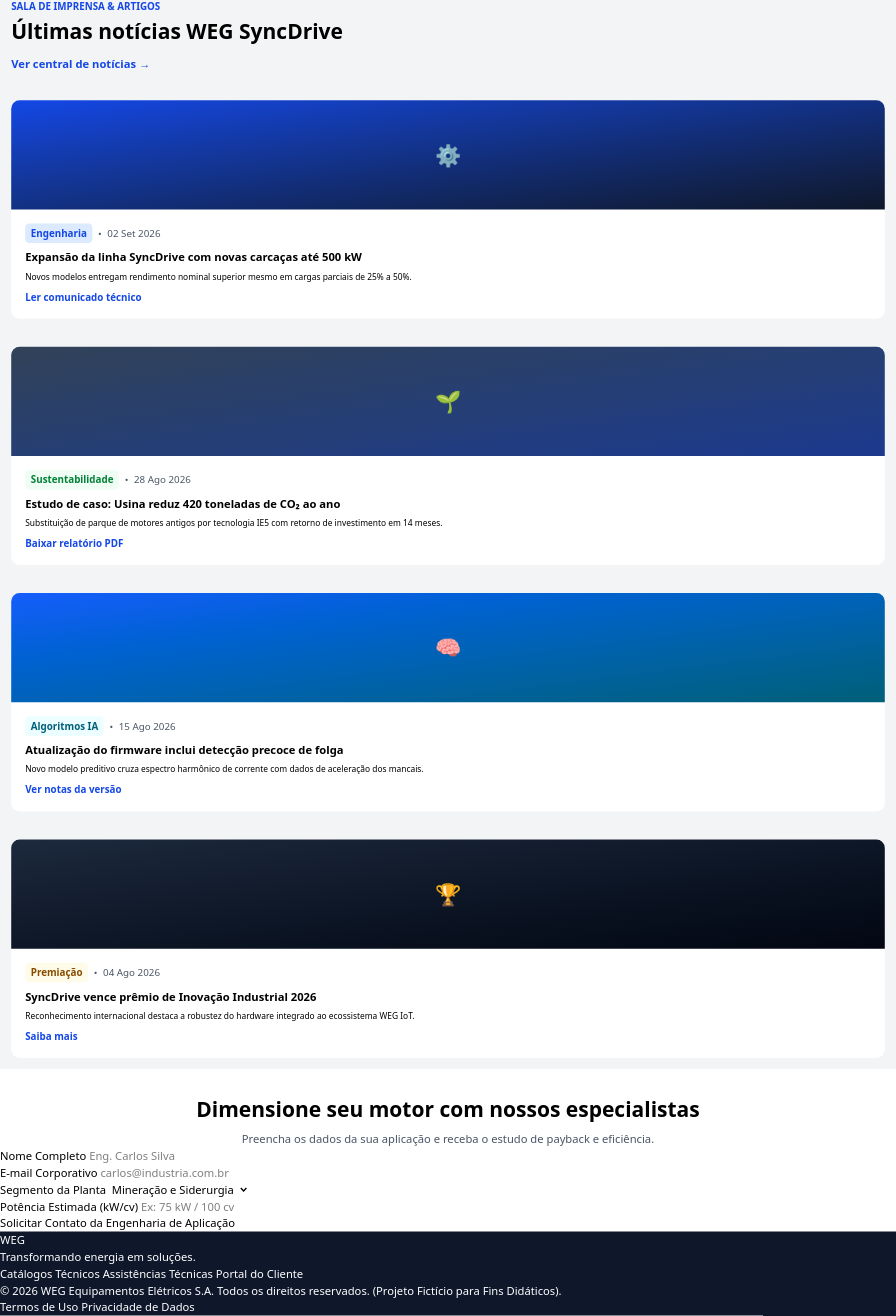
Repository: camilewng/Exercicio-Tailwind
Page: index.html
These files come from the project's save history. The page is drawn as it stood at one moment and after a run of saves; the edit follows.
The browser window is 1280 px wide. The pictures show the part of the page from y = 2945 to 4865 px (the page is 4825 px tall before and 4865 px after), at 70% of full size.

Above is the page before, as saved 2026-09-14 16:26:40.

### index.html
<!DOCTYPE html>
<html lang="pt-BR">
<head>
  <meta charset="UTF-8">
  <meta name="viewport" content="width=device-width, initial-scale=1.0">
  <title>WEG SyncDrive IoT - Exercício Tailwind CSS</title>
  <script src="https://cdn.jsdelivr.net/npm/@tailwindcss/browser@4"></script>
</head>
<body>

  <!-- ==========================================
       1. HEADER / NAVBAR
       Desafio:
       - Fixar no topo (sticky top-0) com fundo translúcido/blur.
       - Logo WEG em destaque com fundo azul industrial.
       - Menu oculto em telas pequenas e visível em lg:.
  =========================================== -->
  <header>
    <div class="flex flex-row justify-between border-b border-gray-300 mb-15">
      <div class="flex">
        <div class="bg-blue-600 text-white text-2xl font-black w-20 h-10 text-center pt-0.75 rounded-sm m-3">
          WEG
        </div>
        <div class="flex flex-col border-l-2 border-gray-300 h-10 pl-2 mt-3">
          <span class="font-bold">SyncDrive</span>
          <span class="text-blue-600 uppercase font-medium text-xs">Industrial IoT</span>
        </div>
      </div>

      <nav class="hidden">
        <a href="#solucao">A Solução</a>
        <a href="#recursos">Tecnologia</a>
        <a href="#metricas">Performance</a>
        <a href="#aplicacoes">Aplicações</a>
        <a href="#novidades">Notícias</a>
      </nav>

      <div class="flex">
        <a href="#contato" class="hidden">Falar com Consultor</a>
        <a href="#contato" class="bg-blue-600 text-white px-4 py-2 mr-3 mt-3 mb-3 rounded-sm font-medium">
          Especificar Motor
        </a>
      </div>
    </div>
  </header>

  <main >
    <!-- ==========================================
         2. HERO SECTION
         Desafio:
         - Layout em grid de 2 colunas no desktop (texto + painel de telemetria).
         - Centralizado no mobile, alinhado à esquerda em lg:.
         - Estilizar o card escuro de telemetria com badges e status.
    =========================================== -->
    <section id="solucao" class="bg-gradient-to-t from-gray-200 to-white pb-15" >
      <div>
      <div >
        <div>

          <!-- Coluna 1: Conteúdo Textual -->
          <div class="flex flex-col">
            <span class="bg-blue-50 border border-blue-300 uppercase text-sm text-blue-600
                         font-semibold p-1 px-3 rounded-4xl flex mx-11 mb-6">
              Indústria 4.0 & Manutenção Preditiva
            </span>
            <h1 class="font-black text-3xl text-center w-85 mx-8 mb-6 leading-9">WEG SyncDrive: Confiabilidade extrema com inteligência preditiva.</h1>
            <p class="text-gray-600 text-center mx-2 mb-6">
              O motor elétrico síncrono que combina rendimento ultra-premium (IE5), sensoriamento integrado de vibração e temperatura e conectividade instantânea com a nuvem WEG IoT.
            </p>
            <div class="flex flex-col">
              <a href="#contato" class="bg-blue-600 mx-4 text-white flex justify-center font-medium py-3 rounded-sm mb-3">
                Solicitar Folha de Dados
              </a>
              <a href="#recursos" class="border border-gray-300 text-gray-700 font-semibold flex justify-center mx-4 py-3 rounded-sm bg-white mb-10">
                Conhecer a Arquitetura
              </a>
            </div>
          </div>

          <!-- Coluna 2: Card de Telemetria IoT -->
          <div class="bg-slate-900 text-white mx-4 rounded-2xl p-7 ">
            <div>
              <div class="flex justify-between border-b border-gray-600 mb-3">
                <span class="text-blue-400 text-sm mb-4">NODE_ID: WEG-MTR-8842</span>
                <div>
                  <span></span>
                  <span class="flex text-sm text-gray-400">Online 60Hz</span>
                </div>
              </div>

              <div>
                <div class="bg-slate-800 p-3 rounded-lg mb-4">
                  <span  class="text-sm text-gray-400">Eficiência Energética</span>
                  <div class="font-bold text-2xl">96.8% <span class="text-green-300 font-normal text-sm">(Padrão IE5)</span></div>
                </div>

                <div class="flex flex-row gap-4">
                  <div class="bg-slate-800 p-4 rounded-lg mb-4">
                    <span class="text-gray-400 text-sm">Vibração RMS</span>
                    <div class="font-semibold text-xl pb-2 pr-5">0.82 mm/s</div>
                    <span class="text-green-300 text-xs">✓ Faixa Ideal ISO</span>
                  </div>
                  <div class="bg-slate-800 p-4 rounded-lg mb-4">
                    <span class="text-gray-400 text-sm" >Temp. Mancal</span>
                    <div class="font-semibold text-xl pr-13 pb-2">62.4 °C</div>
                    <span class="text-blue-400 text-xs">Normal (PT100)</span>
                  </div>
                </div>

                <div class="bg-blue-950 text-xs px-3 py-3 text-blue-200/90 rounded-lg border border-blue-500/30">
                  ⚡ Previsão de manutenção: operação normal pelos próximos 12 meses.
                </div>
              </div>
            </div>
          </div>

        </div>
      </div>
    </section>

    <!-- ==========================================
         3. RECURSOS / ESPECIFICAÇÕES TÉCNICAS
         Desafio:
         - Grid responsivo de 3 colunas (1 col mobile, 3 cols desktop).
         - Efeito hover nos cards com transição suave de borda ou sombra.
    =========================================== -->
    <section id="recursos" class="p-5">
      <div>
        <div>
          <h2 class="font-black text-3xl text-center mt-12 mb-4">Engenharia pensada para regime contínuo</h2>
          <p class="text-gray-600 text-center mb-15">Projetado para suportar ambientes industriais severos sem comprometer o fluxo operacional.</p>
        </div>

        <div>
          <article class="bg-gray-100 p-5 rounded-lg border border-gray-300/80 mb-8">
            <div class="flex justify-center items-center bg-blue-100 w-11 h-11 rounded-lg mb-4">⚙️</div>
            <h3 class="text-xl font-bold mb-3">Nível de Rendimento IE5</h3>
            <p class="text-gray-600">Rotores com ímãs permanentes de terras raras que eliminam perdas por efeito Joule no rotor, gerando até 35% de economia em perdas elétricas.</p>
          </article>

          <article class="bg-gray-100 p-5 rounded-lg border border-gray-300/80 mb-8">
            <div class="flex justify-center items-center bg-blue-100 w-11 h-11 rounded-lg mb-4">📡</div>
            <h3 class="text-xl font-bold mb-3">Módulo IoT Plug & Play</h3>
            <p class="text-gray-600">Sensores triaxiais acoplados de fábrica comunicando via Bluetooth Low Energy ou redes industriais cabeadas diretamente com o gateway da planta.</p>
          </article>

          <article class="bg-gray-100 p-5 rounded-lg border border-gray-300/80 mb-8">
            <div class="flex justify-center items-center bg-blue-100 w-11 h-11 rounded-lg mb-4">🛡️</div>
            <h3 class="text-xl font-bold mb-3">Grau de Proteção IP66 / W3</h3>
            <p class="text-gray-600">Carcaça em ferro fundido de alta resistência mecânica com pintura anticorrosiva de alto desempenho, apto para atmosferas agressivas.</p>
          </article>
        </div>
      </div>
    </section>

    <!-- ==========================================
         4. MÉTRICAS / NÚMEROS INDUSTRIAIS
         Desafio:
         - Seção de alto contraste (fundo escuro slate-900).
         - Grid de 2 colunas no mobile e 4 colunas em telas maiores.
    =========================================== -->
    <section id="metricas" class="bg-slate-900">
      <div>
        <div class="grid grid-rows-2 grid-cols-2 pt-10 pb-5 px-8 gap-5">
          <div class="border-b border-gray-800 col-start-1 col-end-2 row-start-1 row-end-2">
            <div class="text-blue-400/90 font-black text-3xl text-center pb-1 pt-3">-70%</div>
            <div class="text-gray-300 text-sm pb-8">Paradas Não Planejadas</div>
          </div>
          <div  class="border-b border-gray-800 col-start-2 col-end-3 row-start-1 row-end-2 ">
            <div class="text-blue-400/90 font-black text-3xl text-center pb-1 pt-3">IE5</div>
            <div class="text-gray-300 text-sm">Classificação Energética</div>
          </div>
          <div class="col-start-1 col-end-2 row-start-2 row-end-3" >
            <div class="text-blue-400/90 font-black text-3xl text-center pb-1 pt-3">100k+</div>
            <div class="text-gray-300 text-xs">Horas de Vida dos Mancais</div>
          </div>
          <div class="col-start-2 col-end-3 row-start-2 row-end-3">
            <div class="text-blue-400/90 font-black text-3xl text-center pb-1 pt-3">24/7</div>
            <div class="text-gray-300 text-sm text-center">Telemetria em Nuvem</div>
          </div>
        </div>
      </div>
    </section>

    <!-- ==========================================
         5. APLICAÇÕES INDUSTRIAIS
         Desafio:
         - Grid de 4 colunas adaptável (1 col mobile, 2 sm, 4 lg).
         - Uso de tags de categoria uppercase com tipografia reduzida.
    =========================================== -->
    <section id="aplicacoes" class="pb-8 border-b border-gray-300/80">
      <div>
        <div>
          <h2 class="font-bold text-3xl text-center mt-15 mb-3">Projetado para indústrias críticas</h2>
          <p class="text-gray-600 text-center mx-5 mb-10">Linhas de montagem e processos onde a interrupção não é uma opção.</p>
        </div>

        <div class="flex flex-col">
          <div class="bg-gray-100 rounded-md border border-gray-300/80 mx-4 p-3 mb-6">
            <span class="uppercase text-blue-600 font-semibold text-sm">Mineração</span>
            <h4 class="text-xl font-bold mt-2 mb-2">Correias & Britadores</h4>
            <p class="text-gray-500 text-sm">Torque constante em baixas rotações sem necessidade de redutores pesados.</p>
          </div>

          <div class="bg-gray-100 rounded-md border border-gray-300/80 mx-4 p-3 mb-6">
            <span class="uppercase text-blue-600 font-semibold text-sm">Saneamento</span>
            <h4 class="text-xl font-bold mt-2 mb-2">Estações de Bombeamento</h4>
            <p class="text-gray-500 text-sm">Redução drástica do custo de kWh em bombas centrífugas de regime 24 horas.</p>
          </div>

          <div class="bg-gray-100 rounded-md border border-gray-300/80 mx-4 p-3 mb-6">
            <span class="uppercase text-blue-600 font-semibold text-sm">Papel & Celulose</span>
            <h4 class="text-xl font-bold mt-2 mb-2">Secadores e Bobinadeiras</h4>
            <p  class="text-gray-500 text-sm">Precisão milimétrica de sincronismo de velocidade entre rolos condutores.</p>
          </div>

          <div class="bg-gray-100 rounded-md border border-gray-300/80 mx-4 p-3 mb-6">
            <span class="uppercase text-blue-600 font-semibold text-sm">Agroindústria</span>
            <h4 class="text-xl font-bold mt-2 mb-2">Silos & Ventiladores</h4>
            <p class="text-gray-500 text-sm">Operação imune a poeira condutiva com baixo índice de aquecimento residual.</p>
          </div>
        </div>
      </div>
    </section>

    <!-- ==========================================
         6. NOVIDADES / NOTÍCIAS (4 ITENS)
         Desafio:
         - Cabeçalho com alinhamento justify-between.
         - 4 cards em grid: 1 col (mobile), 2 cols (md), 4 cols (lg).
         - Imagem/banner visual com gradiente em cada notícia.
         - Flexbox nos cards para fixar o link de leitura no rodapé.
    =========================================== -->
    <section id="novidades" class="bg-gray-100 p-4">
      <div>

        <div>
          <div class="flex flex-col">
            <span class="uppercase text-blue-700 font-semibold text-sm mt-15">Sala de Imprensa & Artigos</span>
            <h2 class="font-black text-3xl mt-2 mb-4">Últimas notícias WEG SyncDrive</h2>
          </div class="flex">
          <a href="#" class="text-blue-700 font-semibold">Ver central de notícias →</a>
        </div>

        <div>
          <!-- Notícia 1 -->
          <article class="bg-white rounded-xl mt-10">
            <div class="text-3xl py-15 text-center bg-gradient-to-br from-blue-700 to-slate-900 rounded-t-xl ">⚙️</div>
            <div class="px-5 py-5">
              <div class="flex">
                <span class="bg-blue-100 py-1 px-2 rounded-md text-blue-700 font-semibold text-sm mb-2 mr-2">Engenharia</span>
                <span class="text-gray-600 text-sm mr-2 pt-1">•</span>
                <time class="text-gray-600 text-sm pt-1">02 Set 2026</time>
              </div>
              <h3>
                <a href="#" class="font-bold text-md">Expansão da linha SyncDrive com novas carcaças até 500 kW</a>
              </h3>
              <p class="text-xs py-2">Novos modelos entregam rendimento nominal superior mesmo em cargas parciais de 25% a 50%.</p>
              <a href="#" class="text-blue-700 font-semibold text-sm">Ler comunicado técnico</a>
            </div>
          </article>

          <!-- Notícia 2 -->
          <article class="bg-white rounded-xl mt-10">
            <div class="text-3xl py-15 text-center bg-gradient-to-br from-slate-700 to-blue-900 rounded-t-xl ">🌱</div>
            <div class="px-5 py-5">
              <div class="flex">
                <span class="bg-green-50 py-1 px-2 rounded-md text-green-700 font-semibold text-sm mb-2 mr-2">Sustentabilidade</span>
                <span class="text-gray-600 text-sm mr-2 pt-1">•</span>
                <time class="text-gray-600 text-sm pt-1">28 Ago 2026</time>
              </div>
              <h3>
                <a href="#" class="font-bold text-md">Estudo de caso: Usina reduz 420 toneladas de CO₂ ao ano</a>
              </h3>
              <p class="text-xs py-2">Substituição de parque de motores antigos por tecnologia IE5 com retorno de investimento em 14 meses.</p>
              <a href="#" class="text-blue-700 font-semibold text-sm">Baixar relatório PDF</a>
            </div>
          </article>

          <!-- Notícia 3 -->
          <article class="bg-white rounded-xl mt-10">
            <div class="text-3xl py-15 text-center bg-gradient-to-br from-blue-600 to-cyan-800 rounded-t-xl ">🧠</div>
            <div class="px-5 py-5">
              <div class="flex">
                <span class="bg-cyan-50 py-1 px-2 rounded-md text-cyan-800 font-semibold text-sm mb-2 mr-2">Algoritmos IA</span>
                <span class="text-gray-600 text-sm mr-2 pt-1">•</span>
                <time class="text-gray-600 text-sm pt-1">15 Ago 2026</time>
              </div>
              <h3>
                <a href="#" class="font-bold text-md">Atualização do firmware inclui detecção precoce de folga</a>
              </h3>
              <p class="text-xs py-2">Novo modelo preditivo cruza espectro harmônico de corrente com dados de aceleração dos mancais.</p>
              <a href="#" class="text-blue-700 font-semibold text-sm">Ver notas da versão</a>
            </div>
          </article>

          <!-- Notícia 4 -->
          <article class="bg-white rounded-xl mt-10">
            <div class="text-3xl py-15 text-center bg-gradient-to-br from-slate-800 to-gray-950 rounded-t-xl ">🏆</div>
            <div class="px-5 py-5">
              <div class="flex">
                <span class="bg-yellow-50 py-1 px-2 rounded-md text-yellow-800 font-semibold text-sm mb-2 mr-2">Premiação</span>
                <span class="text-gray-600 text-sm mr-2 pt-1">•</span>
                <time class="text-gray-600 text-sm pt-1">04 Ago 2026</time>
              </div>
              <h3>
                <a href="#" class="font-bold text-md">SyncDrive vence prêmio de Inovação Industrial 2026</a>
              </h3>
              <p class="text-xs py-2">Reconhecimento internacional destaca a robustez do hardware integrado ao ecossistema WEG IoT.</p>
              <a href="#" class="text-blue-700 font-semibold text-sm">Saiba mais</a>
            </div>
          </article>
        </div>

      </div>
    </section>

    <!-- ==========================================
         7. FORMULÁRIO DE CONTATO / DIMENSIONAMENTO
         Desafio:
         - Inputs estilizados com focus rings.
         - Grid de formulário com campos em 2 colunas no desktop.
    =========================================== -->
    <section id="contato">
      <div>
        <div>
          <h2 class="text-3xl px-5 font-bold text-center pt-10 pb-3">Dimensione seu motor com nossos especialistas</h2>
          <p class="text-center px-5 text-gray-600">Preencha os dados da sua aplicação e receba o estudo de payback e eficiência.</p>
        </div>

        <form>
          <div>
            <div>
              <label>Nome Completo</label>
              <input type="text" placeholder="Eng. Carlos Silva">
            </div>
            <div>
              <label>E-mail Corporativo</label>
              <input type="email" placeholder="carlos@industria.com.br">
            </div>
          </div>

          <div>
            <div>
              <label>Segmento da Planta</label>
              <select>
                <option>Mineração e Siderurgia</option>
                <option>Papel e Celulose</option>
                <option>Saneamento e Água</option>
                <option>Química e Petroquímica</option>
                <option>Alimentos e Bebidas</option>
              </select>
            </div>
            <div>
              <label>Potência Estimada (kW/cv)</label>
              <input type="text" placeholder="Ex: 75 kW / 100 cv">
            </div>
          </div>

          <button type="submit">Solicitar Contato da Engenharia de Aplicação</button>
        </form>
      </div>
    </section>
  </main>

  <!-- ==========================================
       8. RODAPÉ / FOOTER
       Desafio:
       - Layout corporativo com tipografia sutil.
       - Disposição em flexbox responsivo (colunas empilhadas no mobile, linha no desktop).
  =========================================== -->
  <footer class="bg-slate-900 text-white">
    <div>
      <div>
        <div>
          <div>WEG</div>
          <span>Transformando energia em soluções.</span>
        </div>
        <div>
          <a href="#">Catálogos Técnicos</a>
          <a href="#">Assistências Técnicas</a>
          <a href="#">Portal do Cliente</a>
        </div>
      </div>
      <div>
        <p>© 2026 WEG Equipamentos Elétricos S.A. Todos os direitos reservados. (Projeto Fictício para Fins Didáticos).</p>
        <div>
          <a href="#">Termos de Uso</a>
          <a href="#">Privacidade de Dados</a>
        </div>
      </div>
    </div>
  </footer>

</body>
</html>

After the next 3 saves:
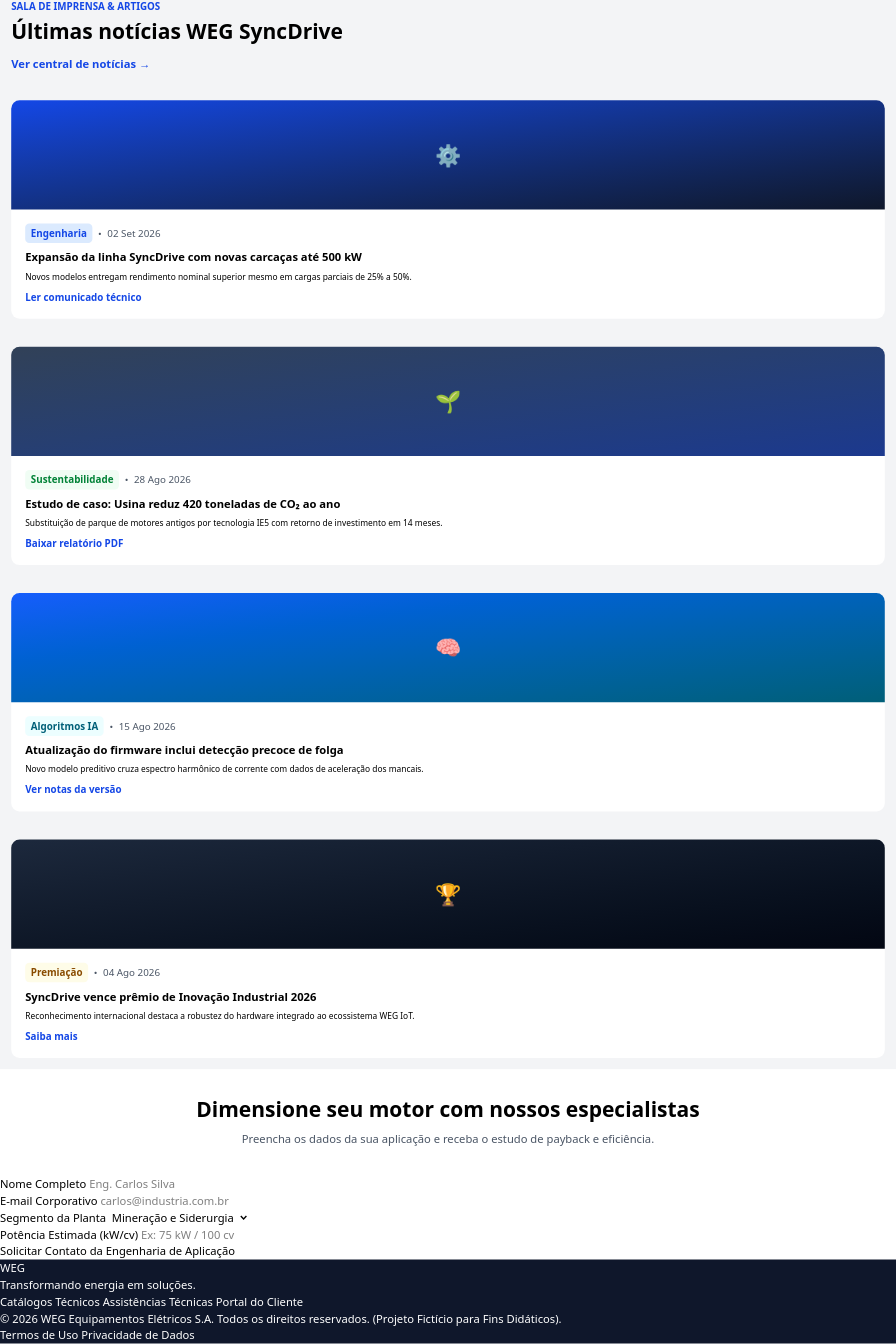
The 3 saves are shown as one change because they came seconds apart.
The last was saved 12 s later.
--- a/index.html
+++ b/index.html
@@ -325,7 +325,7 @@
       <div>
         <div>
           <h2 class="text-3xl px-5 font-bold text-center pt-10 pb-3">Dimensione seu motor com nossos especialistas</h2>
-          <p class="text-center px-5 text-gray-600">Preencha os dados da sua aplicação e receba o estudo de payback e eficiência.</p>
+          <p class="text-center px-5 text-gray-600 pb-10">Preencha os dados da sua aplicação e receba o estudo de payback e eficiência.</p>
         </div>
 
         <form>
